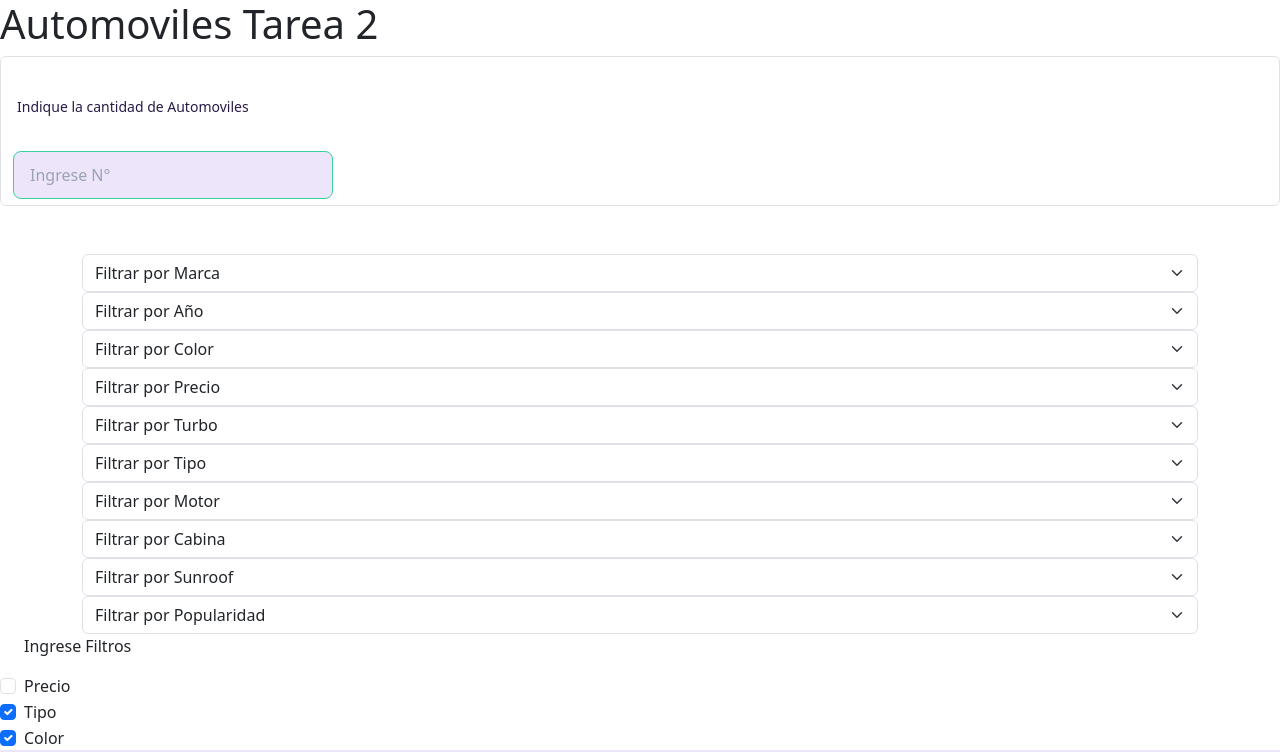
Repository: Claudioxs/Tarea2
Page: /automovil (app in FrontEnd/vue-project/)
The author's editor kept a copy of each file at every save. The page is drawn from the files as they stood at one save, then again after the next save.
The browser window is 1280 px wide. The pictures show the whole page.
The project was rebuilt for these pictures with package versions that can differ from the ones it lists, and the page was loaded fresh each time. Also part of the build but not shown: FrontEnd/vue-project/vite.config.js, FrontEnd/vue-project/src/components/HelloWorld.vue.

Above is the page before, as saved 2023-05-22 22:35:36.

### FrontEnd/vue-project/src/main.js


import { createApp } from 'vue'
import App from './App.vue'
import router from './router'
import './style.css'
import 'bootstrap/dist/css/bootstrap.css'
import bootstrap from 'bootstrap/dist/js/bootstrap.bundle.js'

const app = createApp(App)

app.use(router,bootstrap)

app.mount('#app')

### FrontEnd/vue-project/src/App.vue
<script setup>
import { RouterLink, RouterView } from 'vue-router'
import HelloWorld from './components/HelloWorld.vue'
</script>

<template>

  <RouterView />
</template>

<style scoped>

</style>

### FrontEnd/vue-project/src/router/index.js
import { createRouter, createWebHistory } from 'vue-router'

import Automovil from '../views/Automovil.vue'

const router = createRouter({
  history: createWebHistory(import.meta.env.BASE_URL),
  routes: [

    {
      path: '/automovil',
      name: 'automovil',
      component: Automovil
    }
  ]
})

export default router

### FrontEnd/vue-project/src/views/Automovil.vue
<template>



<h1 >Automoviles Tarea 2</h1>

<div class="form-control ">
  <label class="label">
    <span class="label-text"  @click="crearAutomovil(label-text)">Indique la cantidad de Automoviles </span> <br>
    <br><br>

  </label>
  <input type="number" placeholder="Ingrese N°" class="input input-bordered input-success w-full max-w-xs" />

</div>
<br><br>
<div class="container">
<select class="form-select" aria-label="Default select example" aria-expanded="false">
  <option selected>Filtrar por Marca</option>
  <option value="1">Marca</option>
  <option value="2">Año</option>

</select>
<select class="form-select" aria-label="Default select example">
  <option selected>Filtrar por Año</option>
  <option value="1">Marca</option>
  <option value="2">Año</option>

</select>
<select class="form-select" aria-label="Default select example">
  <option selected>Filtrar por Color</option>
  <option value="1">Marca</option>
  <option value="2">Año</option>

</select>
<select class="form-select" aria-label="Default select example">
  <option selected>Filtrar por Precio</option>
  <option value="1">Marca</option>
  <option value="2">Año</option>

</select>
<select class="form-select" aria-label="Default select example">
  <option selected>Filtrar por Turbo</option>
  <option value="1">Marca</option>
  <option value="2">Año</option>

</select>
<select class="form-select" aria-label="Default select example">
  <option selected>Filtrar por Tipo</option>
  <option value="1">Marca</option>
  <option value="2">Año</option>

</select>
<select class="form-select" aria-label="Default select example">
  <option selected>Filtrar por Motor</option>
  <option value="1">Marca</option>
  <option value="2">Año</option>

</select>
<select class="form-select" aria-label="Default select example">
  <option selected>Filtrar por Cabina</option>
  <option value="1">Marca</option>
  <option value="2">Año</option>

</select>
<select class="form-select" aria-label="Default select example">
  <option selected>Filtrar por Sunroof</option>
  <option value="1">Marca</option>
  <option value="2">Año</option>

</select>
<select class="form-select" aria-label="Default select example">
  <option selected>Filtrar por Popularidad</option>
  <option value="1">Marca</option>
  <option value="2">Año</option>

</select>
</div>

<div class="form-check">
    <p class="text-start">Ingrese Filtros</p>

  <input class="form-check-input" type="checkbox" value="" id="flexCheckDefault">
  <label class="form-check-label" for="flexCheckDefault">
  Precio
  </label>
</div>
<div class="form-check">
  <input class="form-check-input" type="checkbox" value="" id="flexCheckChecked" checked>
  <label class="form-check-label" for="flexCheckChecked">
    Tipo
  </label>
</div>
  <div class="form-check">
  <input class="form-check-input" type="checkbox" value="" id="flexCheckColor" checked>
  <label class="form-check-label" for="flexCheckColor">
    Color
  </label>
</div>


</template>

<style>
.container{
   margin-left: 5px;
   padding-right: 900px;

}

</style>

<script>
import axios from 'axios'

export default {

  data: () => ({


  }),

  methods: {

    cearAutomovil(cant){
     axios({
       method: "GET",
       url: "http://localhost:8080/automovil/generate?cantidad="+cant,

       }).then((res) => {
        alert(
         "Automoviles creados"
        )
       }).catch((err) => console.log(err));
    },

    //filtramos por color
    filtrarColor(col){
      axios({
       method: "GET",
       url: "http://localhost:8080/automovil/buscarPorColor?color="+col,

       }).then((res) => {
        alert(
         "Periodo Añadido correctamente a asignatura"
        )
       }).catch((err) => console.log(err));
    }
   }

}

</script>

### FrontEnd/vue-project/tailwind.config.js
/** @type {import('tailwindcss').Config} */
module.exports = {
  daisyui: {
    themes: [
      {
        mytheme: {

            "primary": "#1D0027",

            "secondary": "#A181E2",

            "accent": "#37CDBE",

            "neutral": "#D9D9D9",

            "base-100": "#EDE6FA",

            "info": "#3ABFF8",

            "success": "#36D399",

            "warning": "#FBBD23",

            "error": "#F87272",
        },
      },
    ],
  },
  content: ["./index.html","./src/**/*.{vue,js,ts,jsx,tsx}"],
  theme: {
    extend: {},
  },
  plugins: [require("daisyui")],
}

Loaded but not shown: FrontEnd/vue-project/index.html (common file); FrontEnd/vue-project/src/style.css (common file)

After the next save:
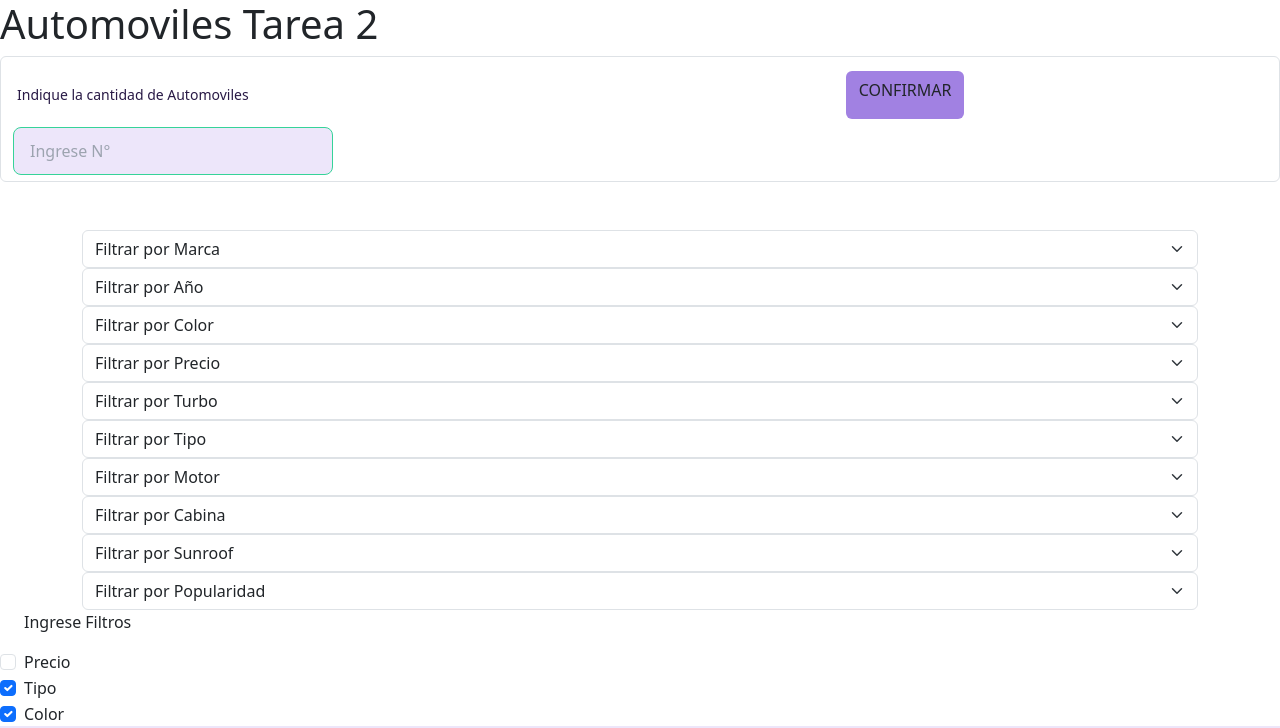
Saved 3 min 12 s later.
--- a/FrontEnd/vue-project/src/views/Automovil.vue
+++ b/FrontEnd/vue-project/src/views/Automovil.vue
@@ -6,7 +6,8 @@
 
 <div class="form-control ">
   <label class="label">
-    <span class="label-text"  @click="crearAutomovil(label-text)">Indique la cantidad de Automoviles </span> <br>
+    <span class="label-text">Indique la cantidad de Automoviles </span> <br>
+    <label for="ModalBorrar"  @click="crearAutomovil(label-text)" class="btn" style="background-color: #A181E2">Confirmar</label>
     <br><br>
 
   </label>
